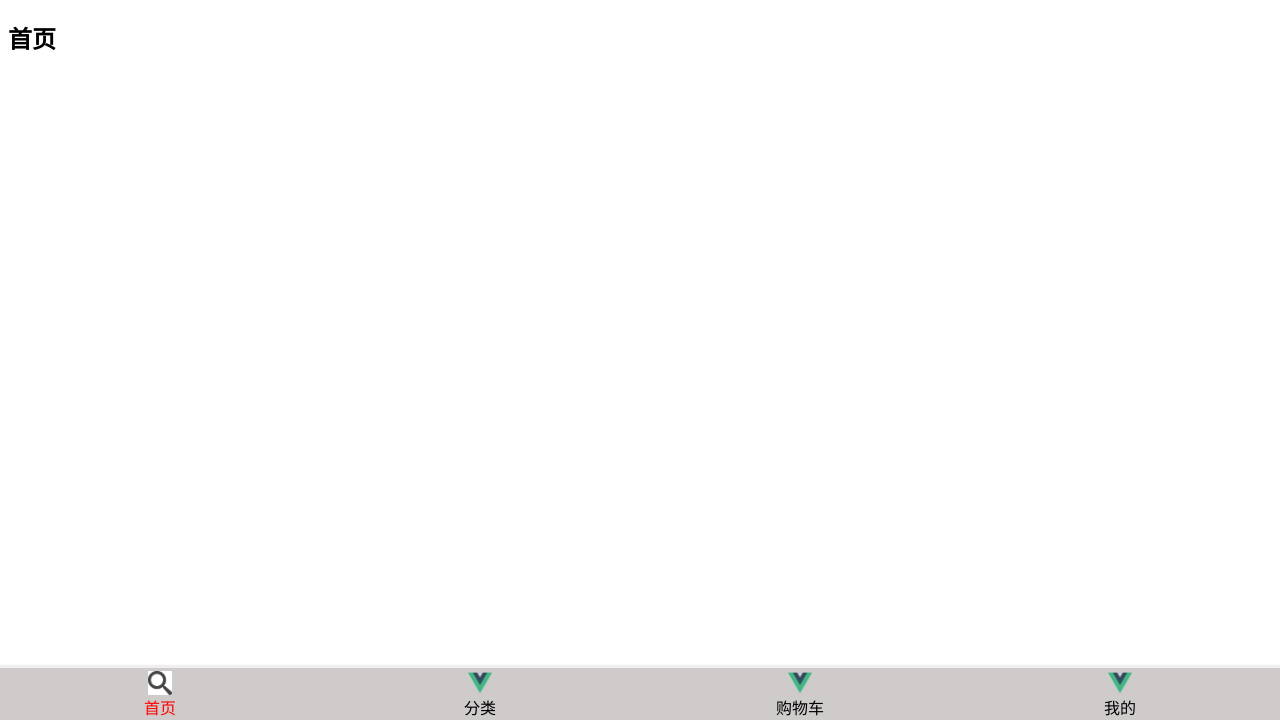
Repository: Shelwinliu/mobile-tabbar-demo
Page: /
An editor plug-in stored every save of this project. The page is shown before and after a run of saves, followed by the edit.
The browser window is 1280 px wide. The pictures show the whole page.
The project was rebuilt for these pictures with package versions that can differ from the ones it lists, and the page was loaded fresh each time.

Above is the page before, as saved 2021-07-18 09:55:19.

After the next 6 saves:
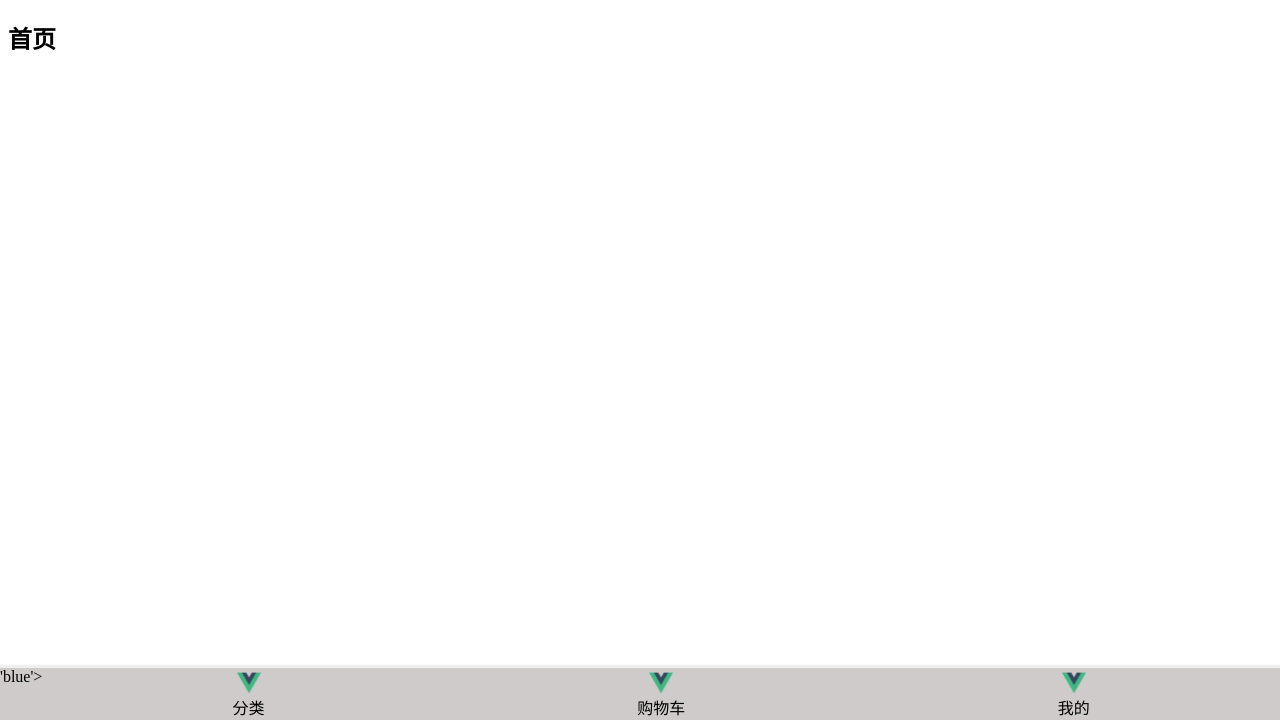
The 6 saves are shown as one change because they came seconds apart.
The last was saved 110 s later.
--- a/src/App.vue
+++ b/src/App.vue
@@ -1,7 +1,7 @@
 <template>
   <div id="app">
     <tab-bar>
-      <tab-bar-item path='/home'>
+      <tab-bar-item path='/home' activeColor: 'blue'>
         <img slot="item-icon" src="./assets/logo.png" alt="" />
         <img slot="item-icon-active" src="./assets/search.png" alt="">
         <div slot="item-text">首页</div>
